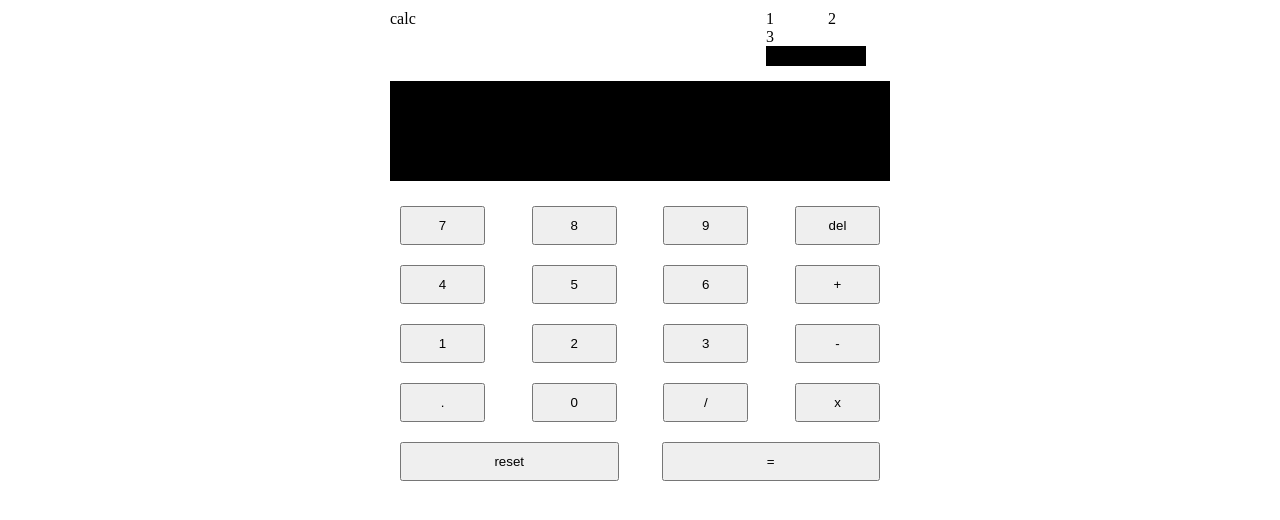
Repository: Eugene44-hub/basic-calculator
Page: index.html
The author's editor kept a copy of each file at every save. The page is drawn from the files as they stood at one save, then again after the next save.
The browser window is 1280 px wide. The pictures show the whole page.

Above is the page before, as saved 2021-10-01 14:44:42.
Console error: SyntaxError: Unexpected end of input

### index.html
<!DOCTYPE html>
<html lang="en">

<head>
    <link rel="stylesheet" href="style.css">
    <meta charset="UTF-8">
    <meta http-equiv="X-UA-Compatible" content="IE=edge">
    <meta name="viewport" content="width=device-width, initial-scale=1.0">
    <title>Document</title>
</head>

<body>
    <div class="cal-container">

        <div class="theme">
            <div class="header">calc</div>
            <div class="theme-number">
                <div class="number-toggle">
                    <span id="one">1</span>
                    <span id="two">2</span>
                    <span id="three">3</span>
                    <div class="toggle"></div>
                </div>
            </div>
        </div>
        <div class="output">

        </div>
        <div class="buttons">
            <button id="number-button">7</button>
            <button id="number-button">8</button>
            <button id="number-button">9</button>
            <button id="del-button">del</button>
            <button id="number-button">4</button>
            <button id="number-button">5</button>
            <button id="number-button">6</button>
            <button id="addition-button">+</button>
            <button id="number-button">1</button>
            <button id="number-button">2</button>
            <button id="number-button">3</button>
            <button id="minus-button">-</button>
            <button id="dot-button">.</button>
            <button id="number-button">0</button>
            <button id="division-button">/</button>
            <button id="multiply-button">x</button>
            <button id="reset-button">reset</button>
            <button id="equals-button">=</button>
        </div>
    </div>

    <script src="app.js"></script>
</body>

</html>

### style.css
* {
    padding: 0;
    margin: 0;
    box-sizing: border-box;
}

body {
    display: flex;
    height: 500px;
}

.theme {
    display: flex;
    flex-wrap: wrap;
}

.toggle {
    background-color: black;
    height: 20px;
    width: 100px;
}

.header {
    flex: 50%;
}

.theme-number {
    flex: 50%;
}

.number-toggle {
    float: right;
    word-spacing: 30px;
    display: flex;
    flex-wrap: wrap;
}

span {
    flex: 40%;
}

.cal-container {
    margin: auto;
    width: 500px;
}

.buttons {
    display: flex;
    flex-wrap: wrap;
    justify-content: space-between;
}

button {
    flex-basis: 17%;
    padding: 10px;
    margin: 10px;
}

#reset-button,
#equals-button {
    flex-basis: 43.7%
}

.output {
    height: 100px;
    background-color: black;
    margin: 15px 0
}

Loaded but not shown: app.js (common file)

After the next save:
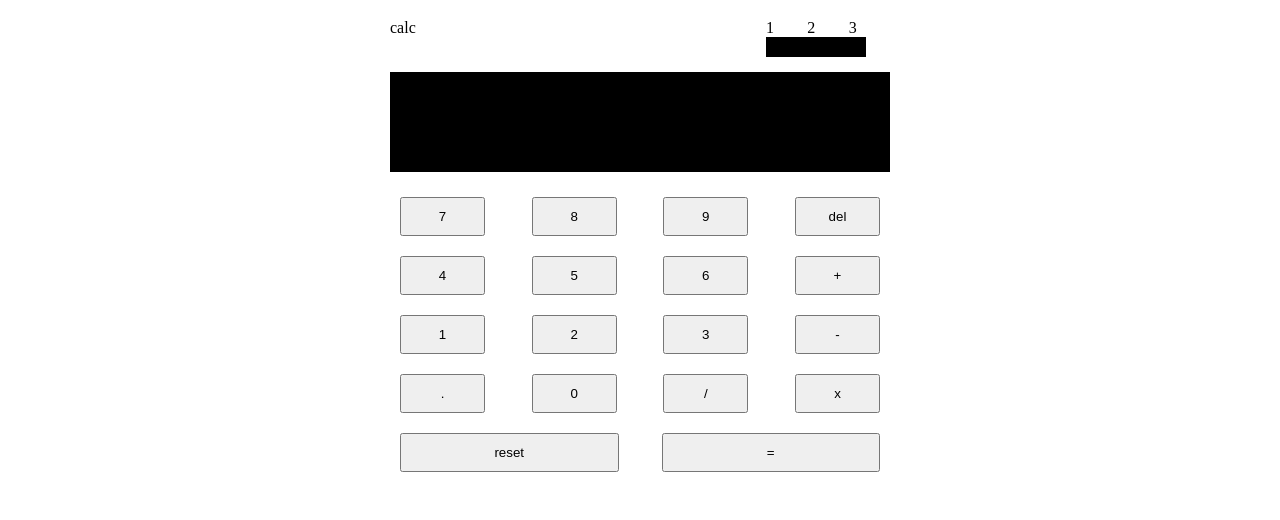
Saved 5 s later.
--- a/style.css
+++ b/style.css
@@ -36,7 +36,7 @@ body {
 }
 
 span {
-    flex: 40%;
+    flex: 30%;
 }
 
 .cal-container {
